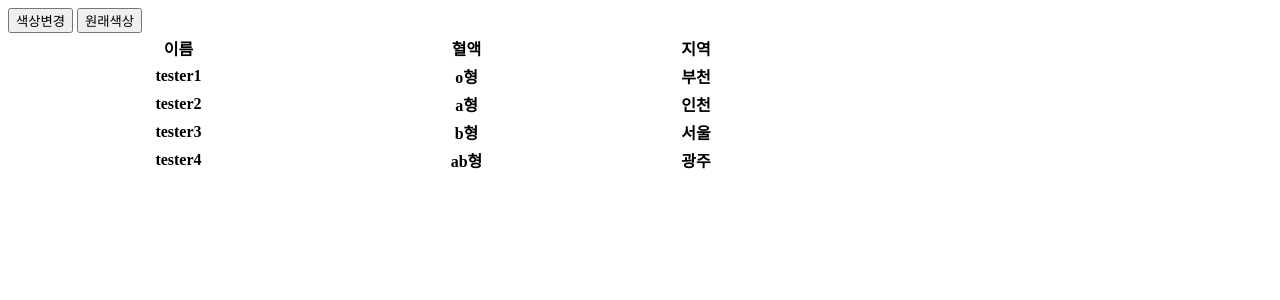
Repository: KYJIN1024/kic_jquery
Page: http://localhost/JQueryEx01/jquery11.jsp
The author's editor kept a copy of each file at every save. The page is drawn from the files as they stood at one save, then again after the next save.
The browser window is 1280 px wide. The pictures show the whole page.
The page is served by Tomcat 9.

Above is the page before, as saved 2023-05-15 06:55:19.

After the next save:
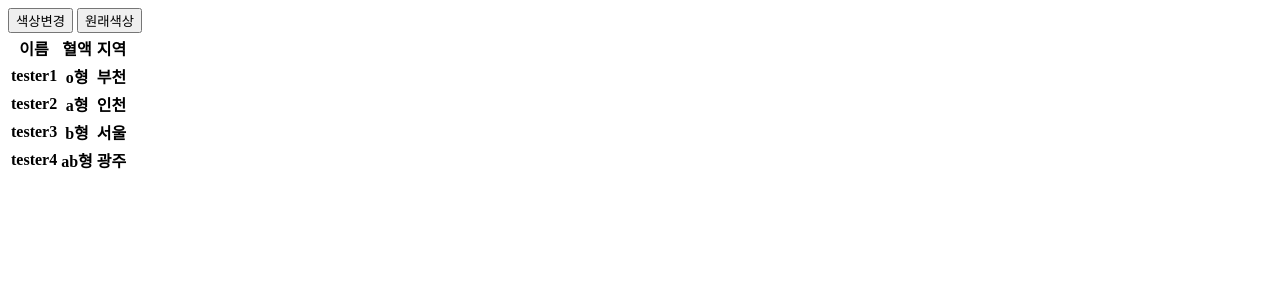
Console error: TypeError: $(...).first.css is not a function
Saved 17 min 48 s later.
--- a/JQueryEx01/src/main/webapp/jquery11.jsp
+++ b/JQueryEx01/src/main/webapp/jquery11.jsp
@@ -9,30 +9,12 @@
 
 <script src="https://ajax.googleapis.com/ajax/libs/jquery/3.6.4/jquery.min.js"></script>
 <script>
-	// window.jquery => jquery => $ (축약된표현)
-	$( document ).ready(function(){
-			$( 'table' ).css('width', '800' );
+	// eq
+	// first / last
 
-
-
-		document.getElementById('btn1').onclick = function() {
-			$( 'tr:odd' ).css('background-color', 'blue' );
-			$( 'tr:even' ).css('background-color', 'gray' );
-
-			$( 'tr:first' ).css('background-color', 'red' );
-
-			$( 'tr:nth-child(2n)').css('background-color' ,'blue');
-			$( 'tr:nth-child(2n+1)').css('background-color' ,'yellow');
-
-			$( 'tr:eq(0)').css('background-color' ,'red');
-		};
-
-		document.getElementById('btn2').onclick = function() {
-			$( 'tr:odd' ).css('background-color', 'white' );
-			$( 'tr:even' ).css('background-color', 'white' );
-		};
-	});
-
+	//$('tr').eq(0).css('color', 'blue' );
+	$('tr').first.css('color', 'blue' );
+	$('tr').last.css('color', 'blue' );
 
 </script>
 

After the 3 saves that followed:
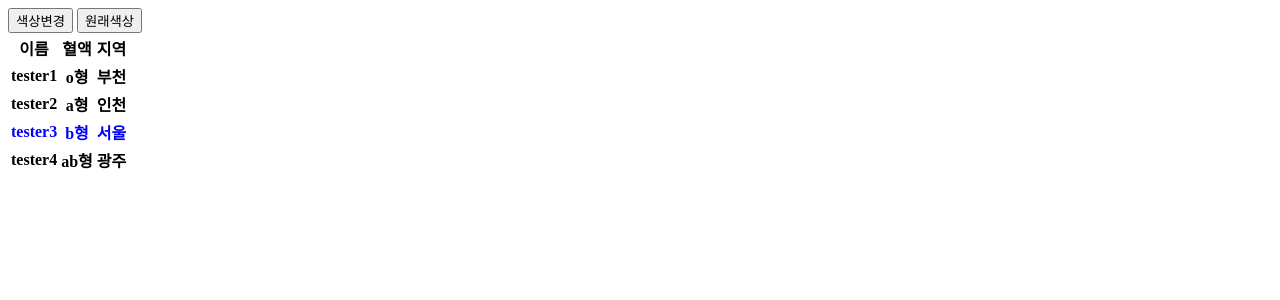
The error is gone.
The 3 saves are shown as one change because 2 left the picture as it was.
The last was saved 102 s later.
--- a/JQueryEx01/src/main/webapp/jquery11.jsp
+++ b/JQueryEx01/src/main/webapp/jquery11.jsp
@@ -9,12 +9,17 @@
 
 <script src="https://ajax.googleapis.com/ajax/libs/jquery/3.6.4/jquery.min.js"></script>
 <script>
-	// eq
-	// first / last
 
-	//$('tr').eq(0).css('color', 'blue' );
-	$('tr').first.css('color', 'blue' );
-	$('tr').last.css('color', 'blue' );
+$( document ).ready(function(){
+		// eq
+		// first / last
+
+		//$('tr').eq(0).css('color', 'blue' );
+		//$('tr').first.css('color', 'blue' );
+		//$('tr').last.css('color', 'blue' );
+
+		$('tr').eq(-2).css('color' , 'blue' );
+	});
 
 </script>
 
